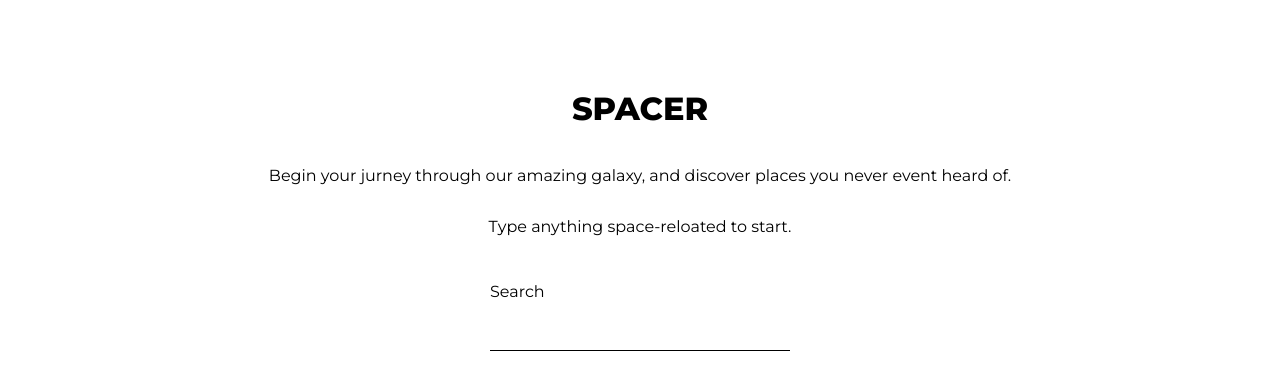
Repository: kamilluc/space-vue
Page: /
These files come from the project's save history. The page is drawn as it stood at one moment and after the next save; the edit follows.
The browser window is 1280 px wide. The pictures show the whole page.
The project was rebuilt for these pictures with package versions that can differ from the ones it lists, and the page was loaded fresh each time. Also part of the build but not shown: src/views/About.vue.

Above is the page before, as saved 2018-08-08 23:03:21.

After the next save:
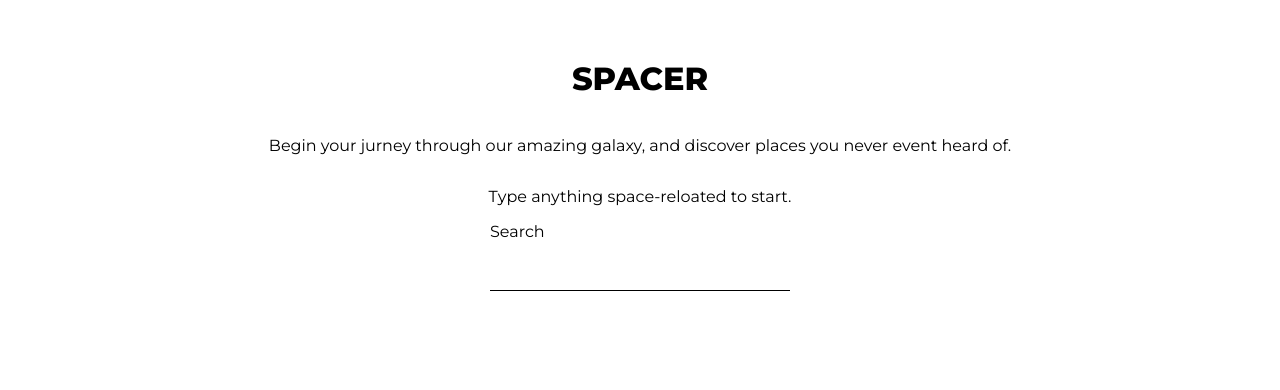
Saved 2 min 18 s later.
--- a/src/components/Claim.vue
+++ b/src/components/Claim.vue
@@ -1,5 +1,5 @@
 <template>
-  <div class="wrapper">
+  <div class="claim-wrapper">
     <h1 class="claim">SPACER</h1>
     <p class="subclaim">
         Begin your jurney through our amazing galaxy,
@@ -18,7 +18,7 @@
 </script>
 
 <style lang="scss" scoped>
-.wrapper {
+.claim-wrapper {
   display: flex;
   flex-direction: column;
   justify-content: center;
